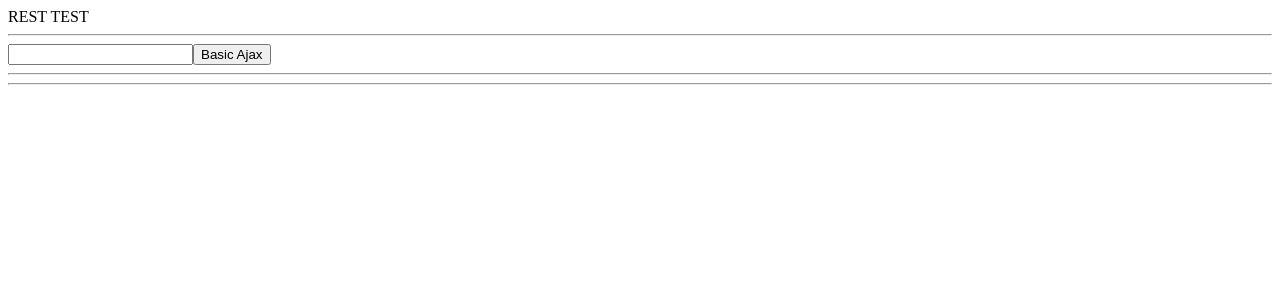
Repository: wonsungjin/Spring
Page: http://localhost/spring3_prj/lec05_rest/rest_test.jsp
An editor plug-in stored every save of this project. The page is shown before and after the next save, followed by the edit.
The browser window is 1280 px wide. The pictures show the whole page.
The page is served by Tomcat 9.

Above is the page before, as saved 2024-06-17 02:32:55.

After the next save:
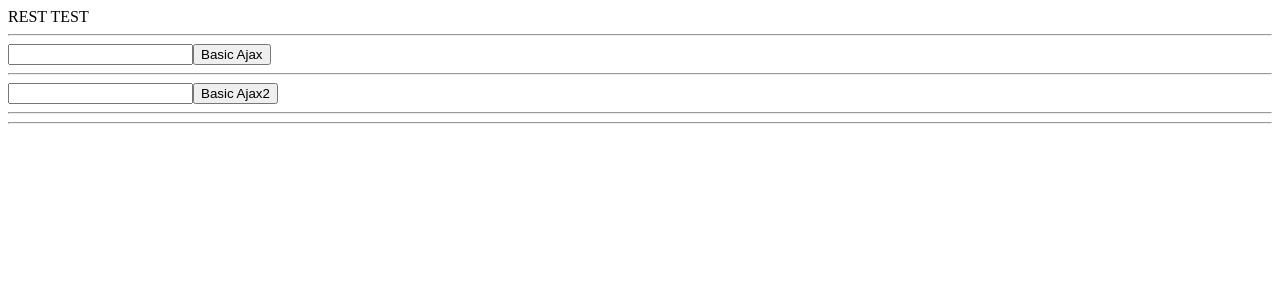
Saved 97 s later.
--- a/spring3_prj/src/main/webapp/lec05_rest/rest_test.jsp
+++ b/spring3_prj/src/main/webapp/lec05_rest/rest_test.jsp
@@ -13,6 +13,7 @@
 <body>
 <div id="rest">REST TEST<hr></div>
 <input type="text"id = "content" name = "ename"><input type="button" id="ajax_test" value="Basic Ajax"><hr>
+<input type="text"id = "content" name = "ename"><input type="button" id="ajax_test2" value="Basic Ajax2"><hr>
 <div id="restTest"><hr></div>
 <script>
 $(function() {
@@ -44,13 +45,13 @@ $("#ajax_test").click(  function(){
 	  		});
 
 	});
-$("#ajax_test").click(  function(){
-
+$("#ajax_test2").click(  function(){
+	var objData = {"title":"aaaaatitle","regid":"hong"};
 	let content = $('#content').val();
 	$.ajax({
 		method      : "POST",
         url         : "${pageContext.request.contextPath}/RestServletTest",
-        data 		: {content: content},
+        data 		: JSON.stringify(objData),
   		error 	    : function(myval){ console.log("에러:" + myval);   },
   		success     : function(myval){
   										makeTable(myval);
